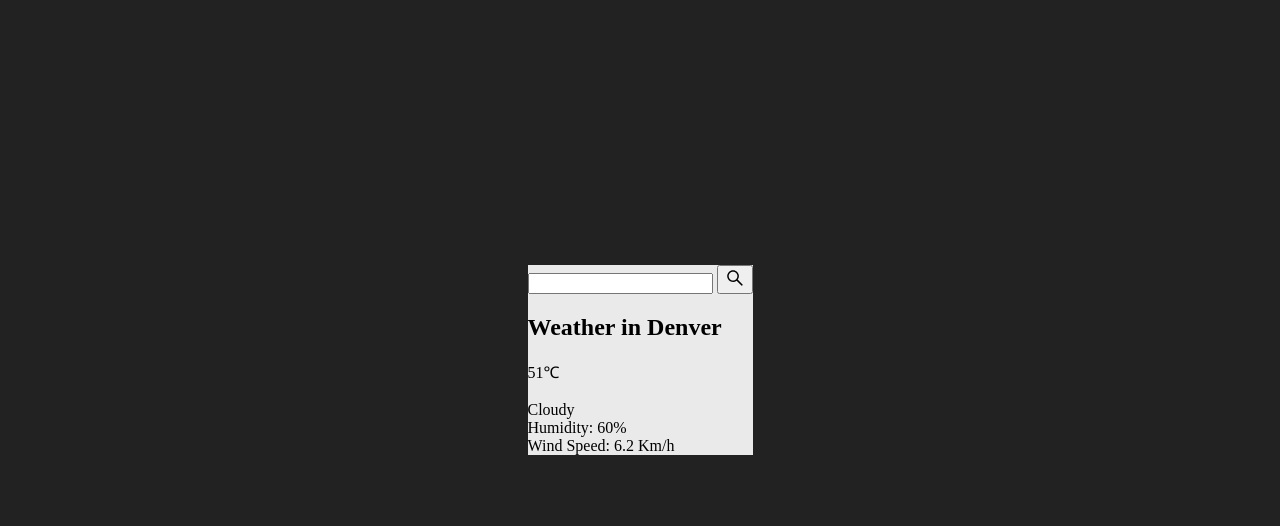
Repository: pin-seavmuy/JavaScript
Page: index.html
An editor plug-in stored every save of this project. The page is shown before and after a run of saves, followed by the edit.
The browser window is 1280 px wide. The pictures show the whole page.

Above is the page before, as saved 2024-04-21 22:54:25.

### index.html
<!DOCTYPE html>
<html>
    <head>
        <meta charset="utf-8">
        <meta http-equiv="X-UA-Compatible" content="IE=edge">
        <title>Weather App</title>
        <meta name="description" content="">
        <meta name="viewport" content="width=device-width, initial-scale=1">
        <link rel="stylesheet" href="./style.css">
        <link rel="stylesheet" href="path/to/font-awesome/css/font-awesome.min.css">
    </head>
    <body>
        <div class="card">
            <div class="search">
                <input type="text" class="search-bar">
                <button><svg stroke="currentColor" fill="currentColor" stroke-width="0" viewBox="0 0 1024 1024" height="1.5em"
                    width="1.5em" xmlns="http://www.w3.org/2000/svg">
                    <path
                      d="M909.6 854.5L649.9 594.8C690.2 542.7 712 479 712 412c0-80.2-31.3-155.4-87.9-212.1-56.6-56.7-132-87.9-212.1-87.9s-155.5 31.3-212.1 87.9C143.2 256.5 112 331.8 112 412c0 80.1 31.3 155.5 87.9 212.1C256.5 680.8 331.8 712 412 712c67 0 130.6-21.8 182.7-62l259.7 259.6a8.2 8.2 0 0 0 11.6 0l43.6-43.5a8.2 8.2 0 0 0 0-11.6zM570.4 570.4C528 612.7 471.8 636 412 636s-116-23.3-158.4-65.6C211.3 528 188 471.8 188 412s23.3-116.1 65.6-158.4C296 211.3 352.2 188 412 188s116.1 23.2 158.4 65.6S636 352.2 636 412s-23.3 116.1-65.6 158.4z">
                    </path>
                </svg></button>
            </div>
            <div class="weather">
                <h2 class="city">Weather in Denver</h2>
                <div class="temp">51&#8451;</div>
                <img src="" class="icon" alt="">
                <div class="description">Cloudy</div>
                <div class="humidity">Humidity: 60%</div>
                <div class="wind">Wind Speed: 6.2 Km/h</div>
            </div>
        </div>

        <script src="script.js" async defer></script>
    </body>
</html>

### style.css
body {
    display: flex;
    justify-content: center;
    align-items: center;
    height: 100vh;
    margin: 0;
    background: #222;
}
.card {
    background-color: #eaeaea;
}

Loaded but not shown: script.js (no copy from this time; the picture is the same without it)

After the next 4 saves:
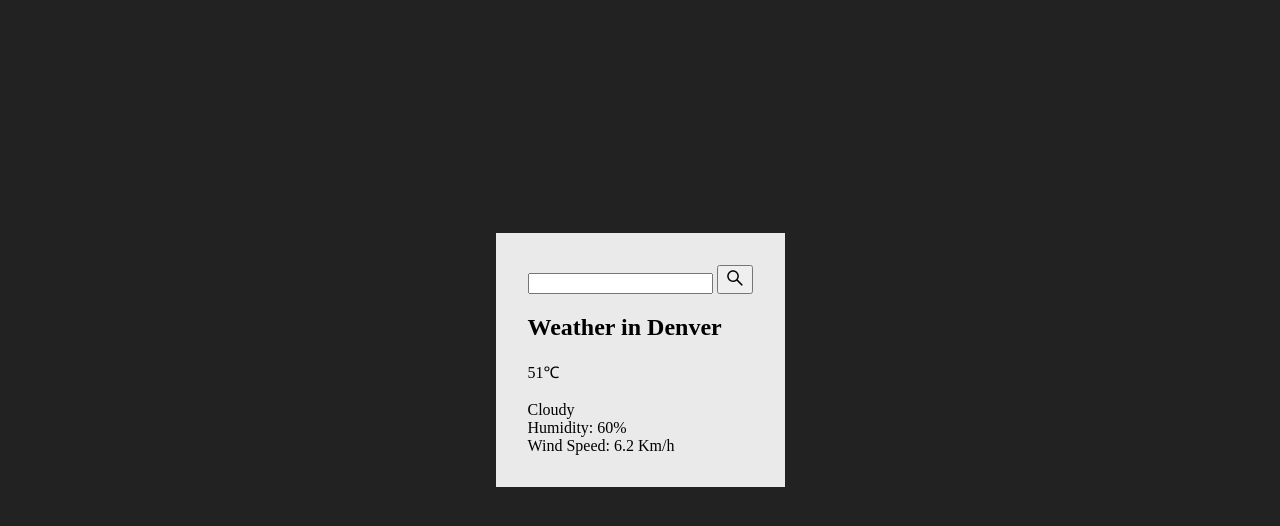
The 4 saves are shown as one change because they came seconds apart.
The last was saved 11 s later.
--- a/style.css
+++ b/style.css
@@ -8,4 +8,6 @@ body {
 }
 .card {
     background-color: #eaeaea;
+    padding: 2em;
+    border-radius: ;
 }
